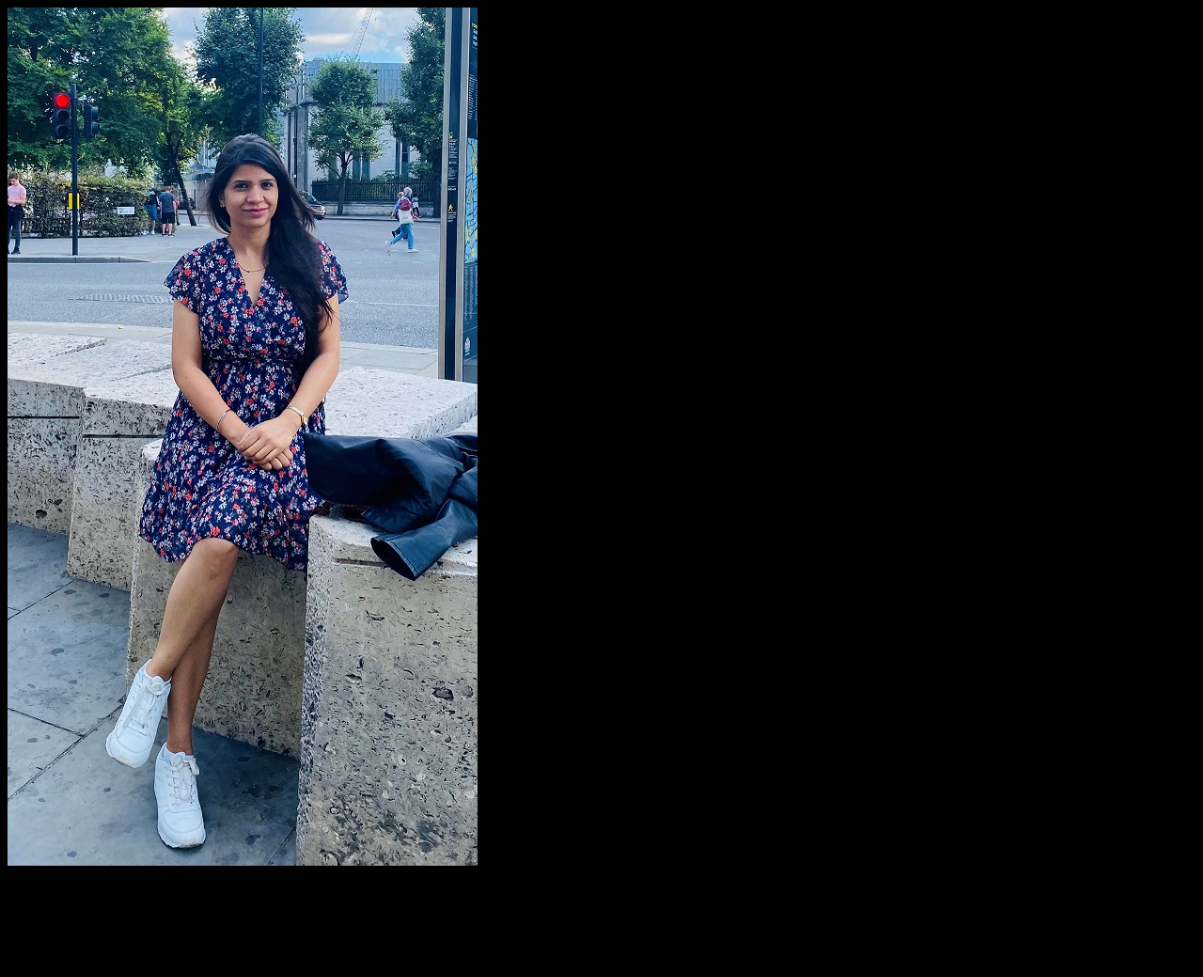
Repository: priyanka-bishnoi/PortfolioPage
Page: MyPage.html
The author's editor kept a copy of each file at every save. The page is drawn from the files as they stood at one save, then again after the next save.
The browser window is 1280 px wide. The pictures show the whole page, at 94% of full size.

Above is the page before, as saved 2022-10-07 00:05:03.
Not found: css/style.css

### MyPage.html
<!DOCTYPE html>
<html>
<head>
    <link rel="stylesheet" href="css/style.css">
<style>
body {
  background-color: black;
}
</style>
</head>
<body>
<header>
    <div class= "user">
        <img src="Background.jpg"/>
        <h1 class="name">Priyanka Bishnoi</h1>
        <p class="post">Salesforce Consultant</p>
    </div>

</header>
</body>
</html>

After the next save:
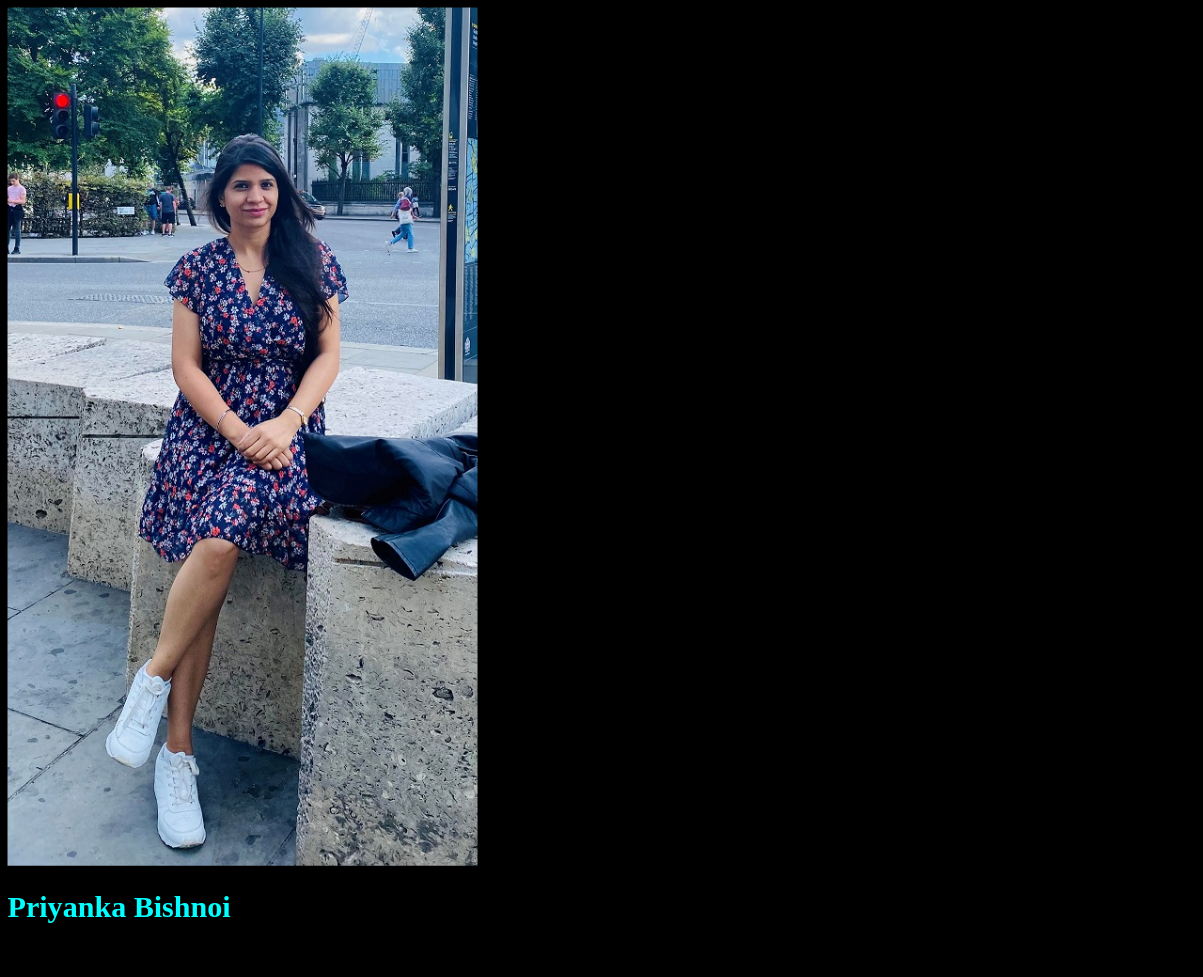
Saved 50 s later.
--- a/MyPage.html
+++ b/MyPage.html
@@ -12,7 +12,7 @@ body {
 <header>
     <div class= "user">
         <img src="Background.jpg"/>
-        <h1 class="name">Priyanka Bishnoi</h1>
+        <h1 class="name" style="color:aqua">Priyanka Bishnoi</h1>
         <p class="post">Salesforce Consultant</p>
     </div>
 
